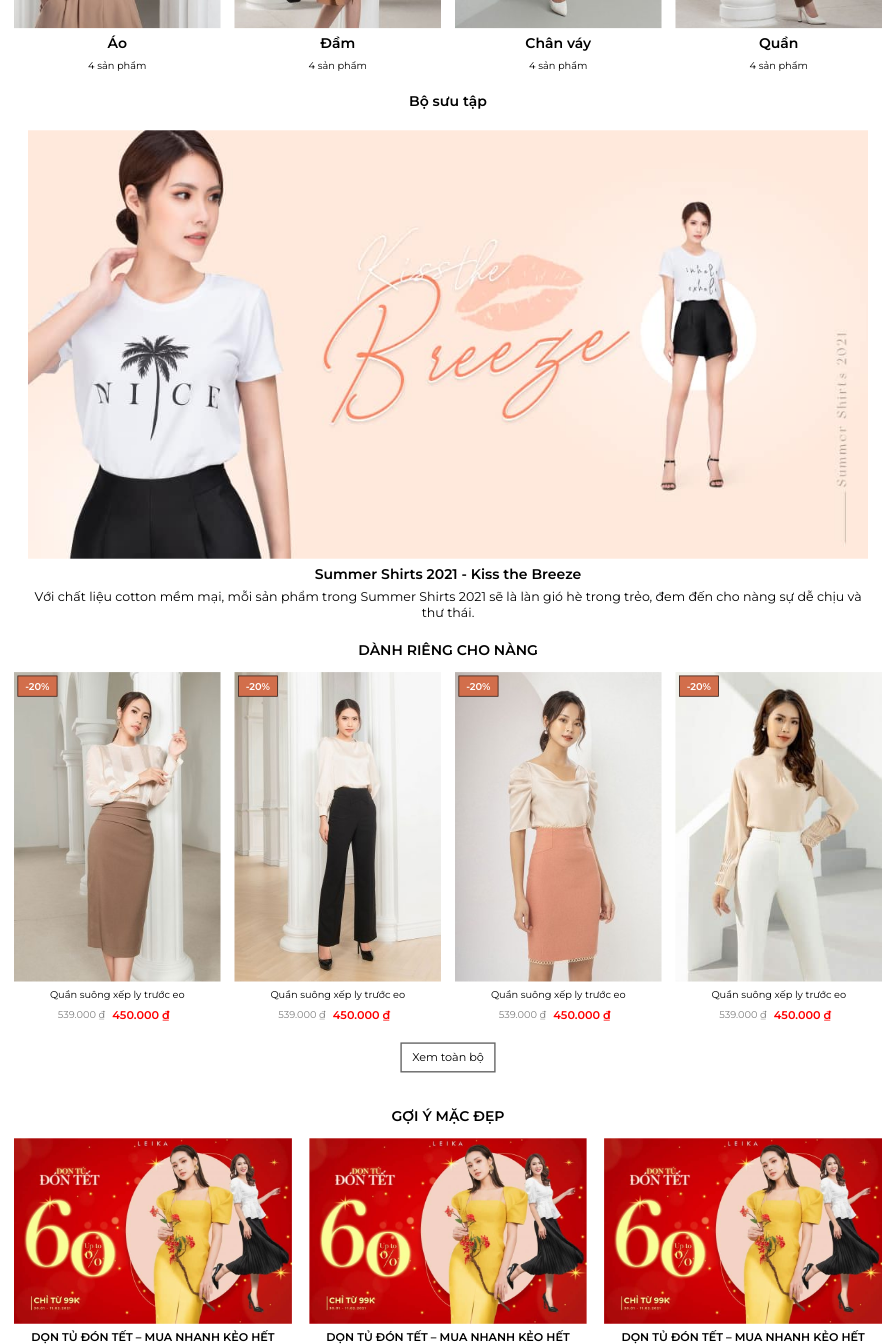
Repository: Nguyenductuan-dev/bt_j2team
Page: index.html
These files come from the project's save history. The page is drawn as it stood at one moment and after the next save; the edit follows.
The browser window is 1280 px wide. The pictures show the part of the page from y = 1783 to 3703 px (the page is 3703 px tall), at 70% of full size.

Above is the page before, as saved 2021-12-12 17:25:38.

After the next save:
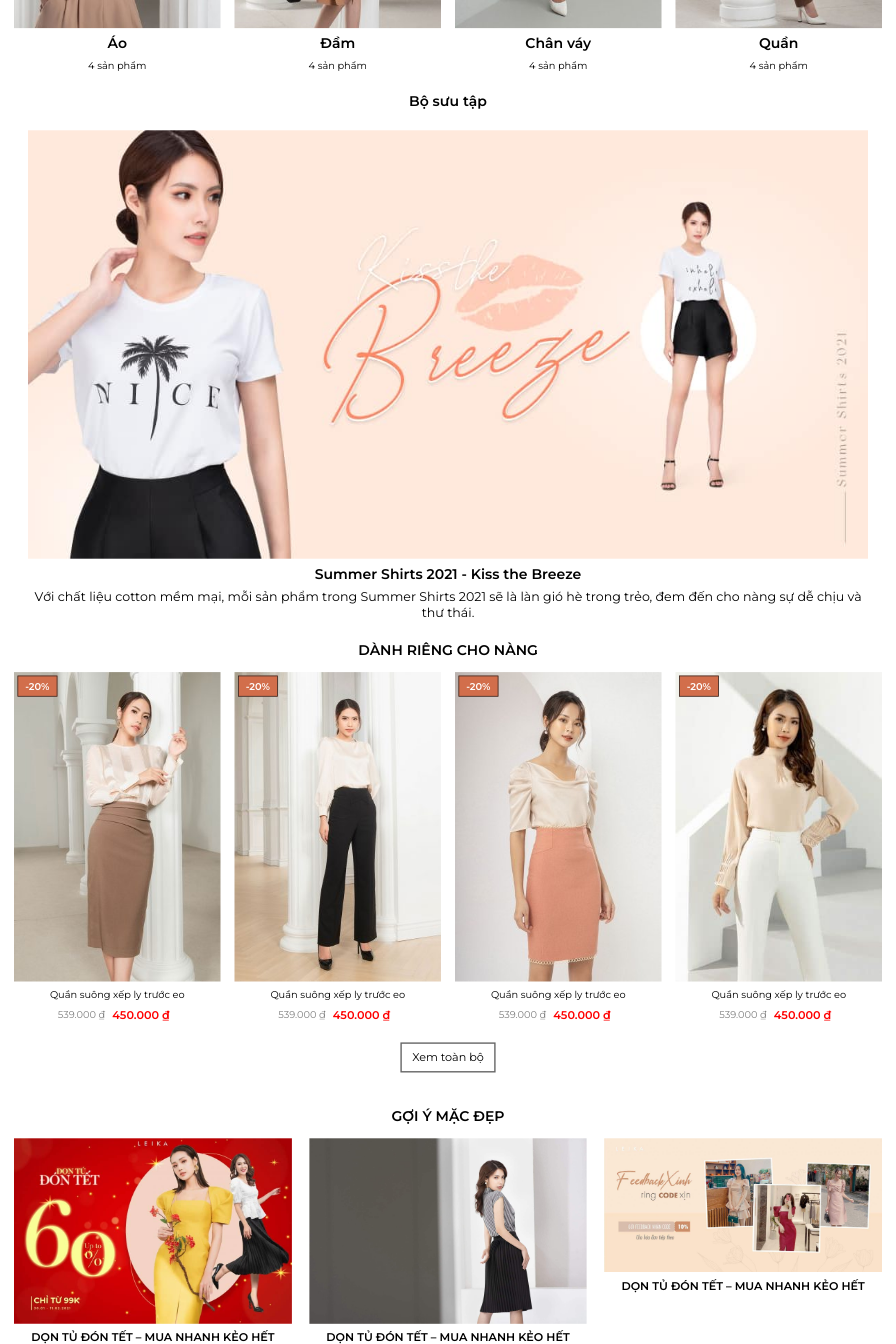
Saved 22 s later.
--- a/index.html
+++ b/index.html
@@ -335,13 +335,13 @@
                         </h3>
                     </a>
                     <a href="" class="home__blog-item">
-                        <img src="./images/blog1.jpg" alt="" class="home__blog-img">
+                        <img src="./images/blog2.jpg" alt="" class="home__blog-img">
                         <h3 class="home__blog-title">
                             DỌN TỦ ĐÓN TẾT – MUA NHANH KẺO HẾT
                         </h3>
                     </a>
                     <a href="" class="home__blog-item">
-                        <img src="./images/blog1.jpg" alt="" class="home__blog-img">
+                        <img src="./images/blog3.jpg" alt="" class="home__blog-img">
                         <h3 class="home__blog-title">
                             DỌN TỦ ĐÓN TẾT – MUA NHANH KẺO HẾT
                         </h3>
